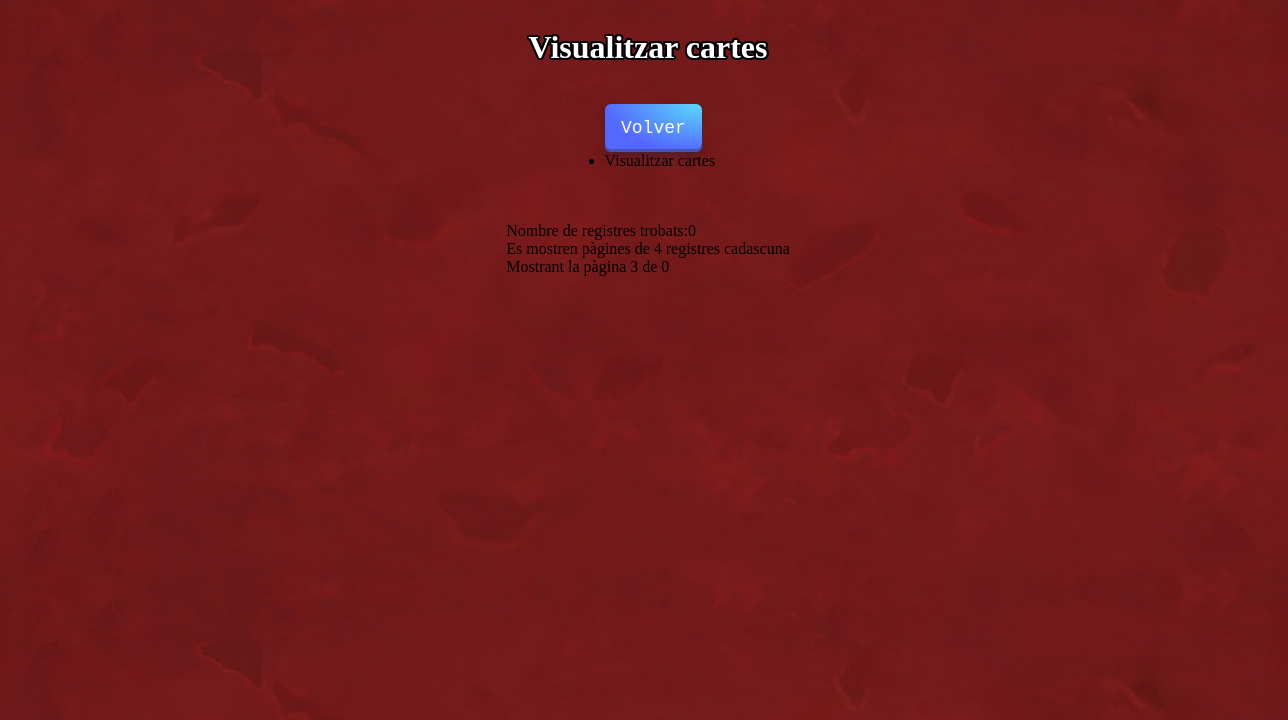
Repository: azumay/Juego-Cartas-RPG
Page: http://localhost/Prueba/verCartas.jsp
The author's editor kept a copy of each file at every save. The page is drawn from the files as they stood at one save, then again after the next save.
The browser window is 1280 px wide. The page is 1288 px wide, so the pictures cover 1288 px, including what lies to the right of the window. The pictures show the whole page.
The page is served by Tomcat 9. Queries for data that is not in the repository find no rows.

Above is the page before, as saved 2022-02-20 17:59:47.

### Prueba/src/main/webapp/verCartas.jsp
<%@ page import="java.util.Arrays,java.util.List"%>
<%@ page import="java.sql.*" %>
<%@ page language="java" contentType="text/html; charset=UTF-8" pageEncoding="UTF-8"%>
<!DOCTYPE html>
<html>
<head>
<link rel="icon" type="image/x-icon" href="img/orco.ico">
<meta charset="US-ASCII">
<link rel="stylesheet" href="Estilos/estilosCartaRandom.css">
<title>Rpg Card Generator</title>

</head>
<h1 class="titol">Visualitzar cartes</h1>
 <ul class="breadcrumb">
 <a href='index.jsp'>
  <button class="button-29" role="button">Volver</button>
  </a>
  <li>Visualitzar cartes</li>
</ul>
<br><br>
<%//  variables per fer la connexio:
	 String user="m8";
	String password="yamuza";
	String host="localhost";
	String db = "cartas_m8";
	String url = "jdbc:mysql://"+host+"/"+db;
	Connection conn = null;
	Statement statement = null;
	Statement num_registres=null;
	ResultSet rs = null;
	ResultSet num_reg=null;
	int inicio;

	//Limito la busqueda
	int TAMANO_PAGINA = 4;

	//examino la página a mostrar y el inicio del registro a mostrar
	String pag = request.getParameter("pagina");
	int pagina=3;
	if (pagina==0) {
	   	inicio = 0;
	    pagina=1;
	}
	else {
	    inicio = (pagina - 1) * TAMANO_PAGINA;
	}

	/**
	//miro a ver el número total de campos que hay en la tabla con esa búsqueda
**/
Class.forName("com.mysql.jdbc.Driver").newInstance ();
conn = DriverManager.getConnection(url, user, password);
num_registres = conn.createStatement();
//inmediatamente hacemos una consulta sencilla
//creamos la consulta
num_reg = num_registres.executeQuery("SELECT * FROM Cartas;");
int num_total_registros=0;
while(num_reg.next()) {
	num_total_registros++;
}

//calculo el total de páginas
int total_paginas = (int)Math.ceil(((double)num_total_registros/ TAMANO_PAGINA));

//pongo el número de registros total, el tamaño de página y la página que se muestra

out.print("Nombre de registres trobats:"+num_total_registros+"<br>");
out.print("Es mostren pàgines de "+TAMANO_PAGINA+" registres cadascuna<br>");
out.print("Mostrant la pàgina "+pagina+" de "+total_paginas+"<p><br>");




//out.print("<a href=VisualitzarCartes.jsp?pagina=2>"+2+"</a> ");
if (total_paginas > 1){
    for (int i=1;i<=total_paginas;i++){
       if (pagina == i)
          //si muestro el índice de la página actual, no coloco enlace
          out.print(pagina);
       else
          //si el índice no corresponde con la página mostrada actualmente, coloco el enlace para ir a esa página
          out.print(" <a href=VisualitzarCartes.jsp?pagina="+i+">"+i+"</a> ");
    }
}
out.print("<br><br>");
try{

	Class.forName("com.mysql.jdbc.Driver").newInstance ();
	conn = DriverManager.getConnection(url, user, password);
	statement = conn.createStatement();
	//inmediatamente hacemos una consulta sencilla
	//creamos la consulta
	String sentence="SELECT * from Carta limit "+inicio+","+TAMANO_PAGINA;
	rs = statement.executeQuery(sentence);
	//leemos la consulta
	while(rs.next()) {
	//mostramos los resultados obtenidos
	//out.println(rs.getString("ID_carta"));
	//String nom=request.getParameter("nom");
	out.print(rs.getString("NOM_carta"));%>

	<br>
	race:<%out.print(rs.getString("RACE_carta")); %><br>
	FUE:<%out.print(rs.getString("FUE_carta")); %><br>
	DES:<%out.print(rs.getString("DES_carta")); %><br>
	CON:<%out.print(rs.getString("CON_carta")); %><br>
	INT:<%out.print(rs.getString("INT_carta")); %><br>
	SAB:<%out.print(rs.getString("SAB_carta")); %><br>
	CAR:<%out.print(rs.getString("CAR_carta")); %><br>
	PV:<%out.print(rs.getString("PV_carta")); %><br>
	<table width="<%out.print(rs.getString("PV_carta")); %>" bgcolor="red"><tr><td></td></tr></table>
	PM:<%out.print(rs.getString("PM_carta")); %><br>
	<table width="<%out.print(rs.getString("PM_carta")); %>" bgcolor="blue"><tr><td></td></tr></table>
	<br>
	<img src="img/<%out.print(rs.getString("PIC_carta")); %>.png" height="100" width="80">
	<br>
<%
	}
	//cerramos la conexión
	rs.close();
	}catch(SQLException error) {
	out.print("Error de Conexión : "+error.toString());
	}



	%>

### Prueba/src/main/webapp/Estilos/estilosCartaRandom.css
@charset "UTF-8";

/* ESTILOS VERCARTAS.JSP */
.titol{
	color: rgb(255, 255, 255);
	text-shadow: rgb(0, 0, 0) 2px 0px 0px, rgb(0, 0, 0) 1.75517px 0.95885px
		0px, rgb(0, 0, 0) 1.0806px 1.68294px 0px, rgb(0, 0, 0) 0.14147px
		1.99499px 0px, rgb(0, 0, 0) -0.83229px 1.81859px 0px, rgb(0, 0, 0)
		-1.60229px 1.19694px 0px, rgb(0, 0, 0) -1.97998px 0.28224px 0px,
		rgb(0, 0, 0) -1.87291px -0.70157px 0px, rgb(0, 0, 0) -1.30729px
		-1.5136px 0px, rgb(0, 0, 0) -0.42159px -1.95506px 0px, rgb(0, 0, 0)
		0.56732px -1.91785px 0px, rgb(0, 0, 0) 1.41734px -1.41108px 0px,
		rgb(0, 0, 0) 1.92034px -0.55883px 0px;
}

/* ESTILOS GENERALES */
body {
	background-image: url("../img/fondo-creacion-cartas.jpg");
	background-size: cover;
	display: flex;
	-moz-box-pack: start;
	justify-content: flex-start;
	flex-direction: column;
	-moz-box-align: center;
	align-items: center;
	position: relative;
	padding-bottom: 125px;
	width: 100%;
	overflow: hidden;
}
/* ESTILOS CASRTARANDOM.JSP */
.demo {
	border: 1px solid #C0C0C0;
	border-collapse: collapse;
	padding: 5px;
	background-color: white;
}

.demo th {
	border: 1px solid #C0C0C0;
	padding: 25px;
	background: #F0F0F0;
}

.demo td {
	border: 1px solid #C0C0C0;
	padding: 5px;
	padding: 25px;
}

a {
	margin-right: 30px;
}
.botones-control{
	margin: 0px 40px 10px 0px;
}
.copy{
	color: rgb(255, 255, 255);
	text-shadow: rgb(0, 0, 0) 2px 0px 0px, rgb(0, 0, 0) 1.75517px 0.95885px
		0px, rgb(0, 0, 0) 1.0806px 1.68294px 0px, rgb(0, 0, 0) 0.14147px
		1.99499px 0px, rgb(0, 0, 0) -0.83229px 1.81859px 0px, rgb(0, 0, 0)
		-1.60229px 1.19694px 0px, rgb(0, 0, 0) -1.97998px 0.28224px 0px,
		rgb(0, 0, 0) -1.87291px -0.70157px 0px, rgb(0, 0, 0) -1.30729px
		-1.5136px 0px, rgb(0, 0, 0) -0.42159px -1.95506px 0px, rgb(0, 0, 0)
		0.56732px -1.91785px 0px, rgb(0, 0, 0) 1.41734px -1.41108px 0px,
		rgb(0, 0, 0) 1.92034px -0.55883px 0px;
}
.titulo-cabecera h2 {
	color: rgb(255, 255, 255);
	text-shadow: rgb(0, 0, 0) 2px 0px 0px, rgb(0, 0, 0) 1.75517px 0.95885px
		0px, rgb(0, 0, 0) 1.0806px 1.68294px 0px, rgb(0, 0, 0) 0.14147px
		1.99499px 0px, rgb(0, 0, 0) -0.83229px 1.81859px 0px, rgb(0, 0, 0)
		-1.60229px 1.19694px 0px, rgb(0, 0, 0) -1.97998px 0.28224px 0px,
		rgb(0, 0, 0) -1.87291px -0.70157px 0px, rgb(0, 0, 0) -1.30729px
		-1.5136px 0px, rgb(0, 0, 0) -0.42159px -1.95506px 0px, rgb(0, 0, 0)
		0.56732px -1.91785px 0px, rgb(0, 0, 0) 1.41734px -1.41108px 0px,
		rgb(0, 0, 0) 1.92034px -0.55883px 0px;
	position: relative;
	z-index: 1;
	width: 100%;
	margin-top: 35px;
}

.titulo-cabecera {
	margin: 10px 0 55px;
    width: 550px;
    position: relative;
    text-align: center;
    display: flex;
    -moz-box-pack: center;
    justify-content: center;
    -moz-box-align: center;
    align-items: center;
    z-index: 1;
}

.titulo-cabecera img {
	position: absolute;
	top: 0px;
	left: 0px;
	width: 100%;
	max-width: 100%;
}
/* CSS BOTONES */

a:link, a:visited, a:active {
    text-decoration:none;
}
.button-29 {
	align-items: center;
	appearance: none;
	background-image: radial-gradient(100% 100% at 100% 0, #5adaff 0, #5468ff 100%);
	border: 0;
	border-radius: 6px;
	box-shadow: rgba(45, 35, 66, .4) 0 2px 4px, rgba(45, 35, 66, .3) 0 7px
		13px -3px, rgba(58, 65, 111, .5) 0 -3px 0 inset;
	box-sizing: border-box;
	color: #fff;
	cursor: pointer;
	display: inline-flex;
	font-family: "JetBrains Mono", monospace;
	height: 48px;
	justify-content: center;
	line-height: 1;
	list-style: none;
	overflow: hidden;
	padding-left: 16px;
	padding-right: 16px;
	position: relative;
	text-align: left;
	text-decoration: none;
	transition: box-shadow .15s, transform .15s;
	user-select: none;
	-webkit-user-select: none;
	touch-action: manipulation;
	white-space: nowrap;
	will-change: box-shadow, transform;
	font-size: 18px;
}

.button-29:focus {
	box-shadow: #3c4fe0 0 0 0 1.5px inset, rgba(45, 35, 66, .4) 0 2px 4px,
		rgba(45, 35, 66, .3) 0 7px 13px -3px, #3c4fe0 0 -3px 0 inset;
}

.button-29:hover {
	box-shadow: rgba(45, 35, 66, .4) 0 4px 8px, rgba(45, 35, 66, .3) 0 7px
		13px -3px, #3c4fe0 0 -3px 0 inset;
	transform: translateY(-2px);
}

.button-29:active {
	box-shadow: #3c4fe0 0 3px 7px inset;
	transform: translateY(2px);
}

After the next save:
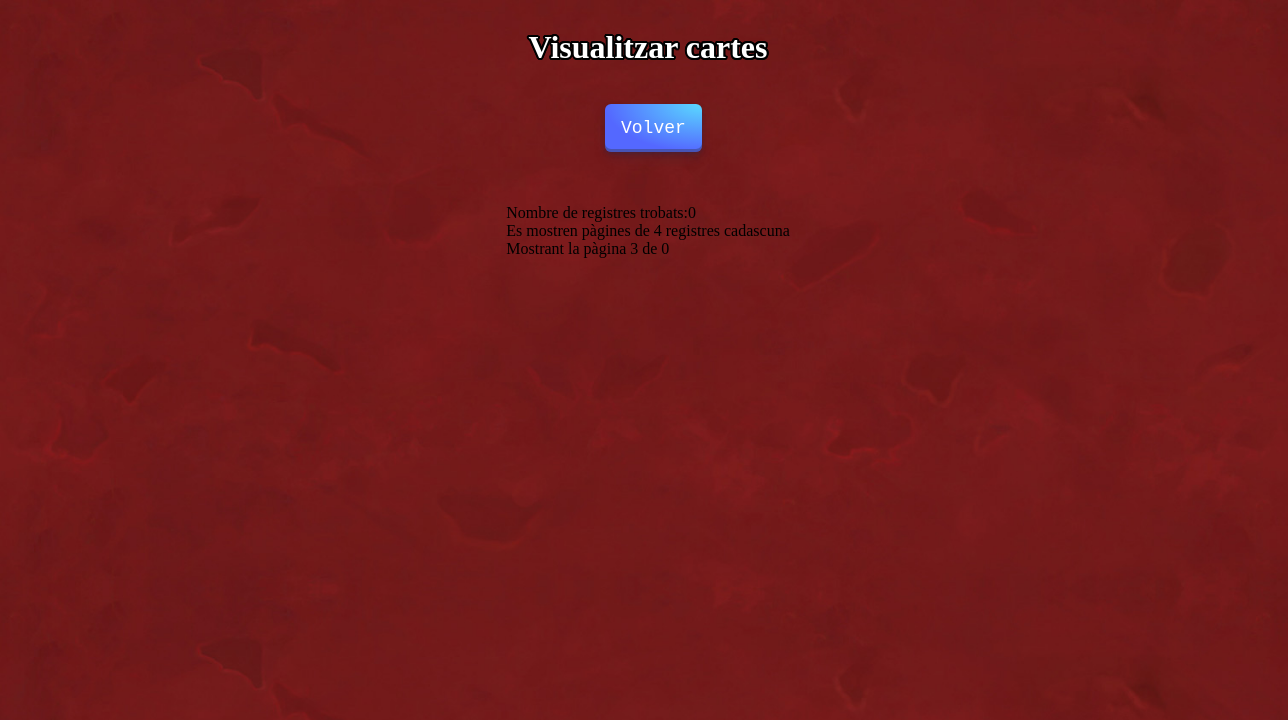
Saved 17 s later.
--- a/Prueba/src/main/webapp/verCartas.jsp
+++ b/Prueba/src/main/webapp/verCartas.jsp
@@ -15,7 +15,7 @@
  <a href='index.jsp'>
   <button class="button-29" role="button">Volver</button>
   </a>
-  <li>Visualitzar cartes</li>
+
 </ul>
 <br><br>
 <%//  variables per fer la connexio:
